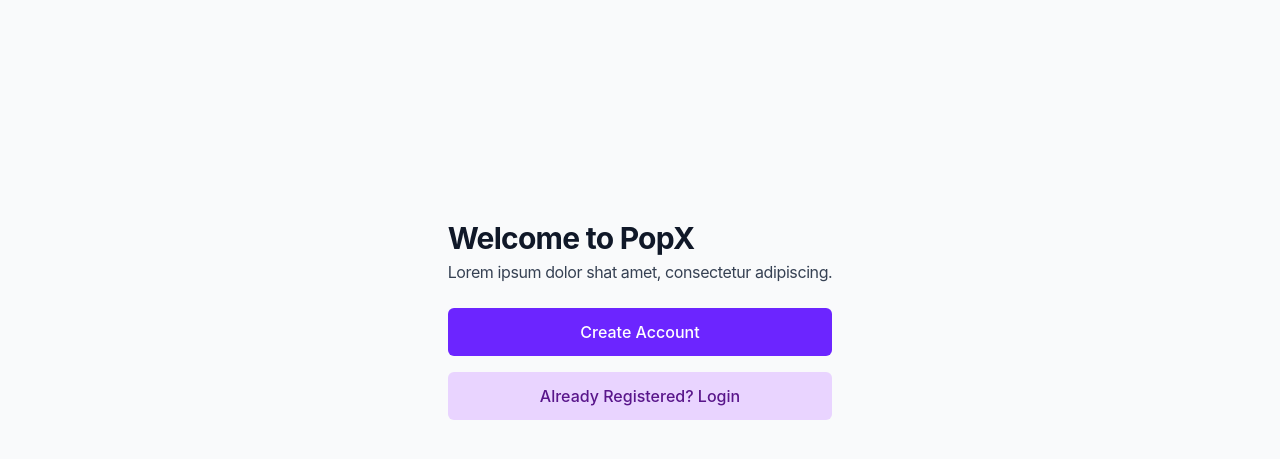
Repository: tanayburbure/inter
Page: /
An editor plug-in stored every save of this project. The page is shown before and after the next save, followed by the edit.
The browser window is 1280 px wide. The pictures show the whole page.
The project was rebuilt for these pictures with package versions that can differ from the ones it lists, and the page was loaded fresh each time. Also part of the build but not shown: vite.config.js, src/pages/Login.jsx, src/pages/Signup.jsx, src/pages/Account.jsx.

Above is the page before, as saved 2025-06-17 22:24:56.

### src/index.css
@import "tailwindcss";

body {
  font-family: 'Inter', sans-serif;
}

### src/App.jsx
import React from "react";
import { BrowserRouter as Router, Routes, Route, useLocation, useNavigate } from "react-router-dom";
import Welcome from "./pages/Welcome";
import Login from "./pages/Login";
import Signup from "./pages/Signup";
import Account from "./pages/Account";

function BackButton() {
  const location = useLocation();
  const navigate = useNavigate();

  // Hide the button only on the Welcome page
  if (location.pathname === "/") return null;

  return (
    <button
      onClick={() => navigate(-1)}
      className="absolute top-4 left-4 px-4 py-2 bg-white border border-gray-300 rounded shadow text-sm hover:bg-gray-50"
    >
      ← Back
    </button>
  );
}

export default function App() {
  return (
    <Router>
      <div className="relative min-h-screen bg-gray-100 text-gray-900">
        <BackButton />
        <Routes>
          <Route path="/" element={<Welcome />} />
          <Route path="/login" element={<Login />} />
          <Route path="/signup" element={<Signup />} />
          <Route path="/account" element={<Account />} />
        </Routes>
      </div>
    </Router>
  );
}

### src/pages/Welcome.jsx
import { useNavigate } from 'react-router-dom';

export default function Welcome() {
  const navigate = useNavigate();

  return (
    <div className="min-h-screen md:items-center mg:justify-center lg:items-center lg:justify-center flex flex-col justify-end px-6 py-12 bg-gray-50">
      <div className="mb-20">
        <h1 className="text-3xl font-bold mb-1 tracking-tight">Welcome to PopX</h1>
        <p className="text-md text-gray-700 mb-6 tracking-tight">
          Lorem ipsum dolor shat amet, consectetur adipiscing.
        </p>
        <button
          onClick={() => navigate('/signup')}
          className="w-full bg-[#6C25FF] text-white py-3 rounded-md font-medium mb-4"
        >
          Create Account
        </button>
        <button
          onClick={() => navigate('/login')}
          className="w-full bg-purple-200 text-purple-900 py-3 rounded-md font-medium"
        >
          Already Registered? Login
        </button>
      </div>
    </div>
  );
}

Loaded but not shown: index.html (common file); src/main.jsx (common file)

After the next save:
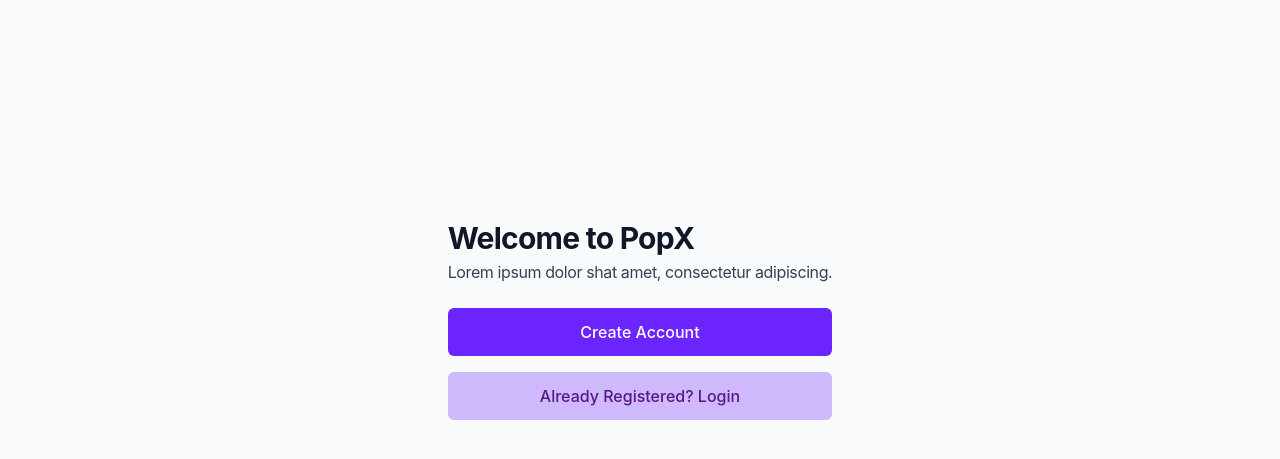
Saved 11 s later.
--- a/src/pages/Welcome.jsx
+++ b/src/pages/Welcome.jsx
@@ -18,7 +18,7 @@
         </button>
         <button
           onClick={() => navigate('/login')}
-          className="w-full bg-purple-200 text-purple-900 py-3 rounded-md font-medium"
+          className="w-full bg-[#CEBAFB] text-purple-900 py-3 rounded-md font-medium"
         >
           Already Registered? Login
         </button>
